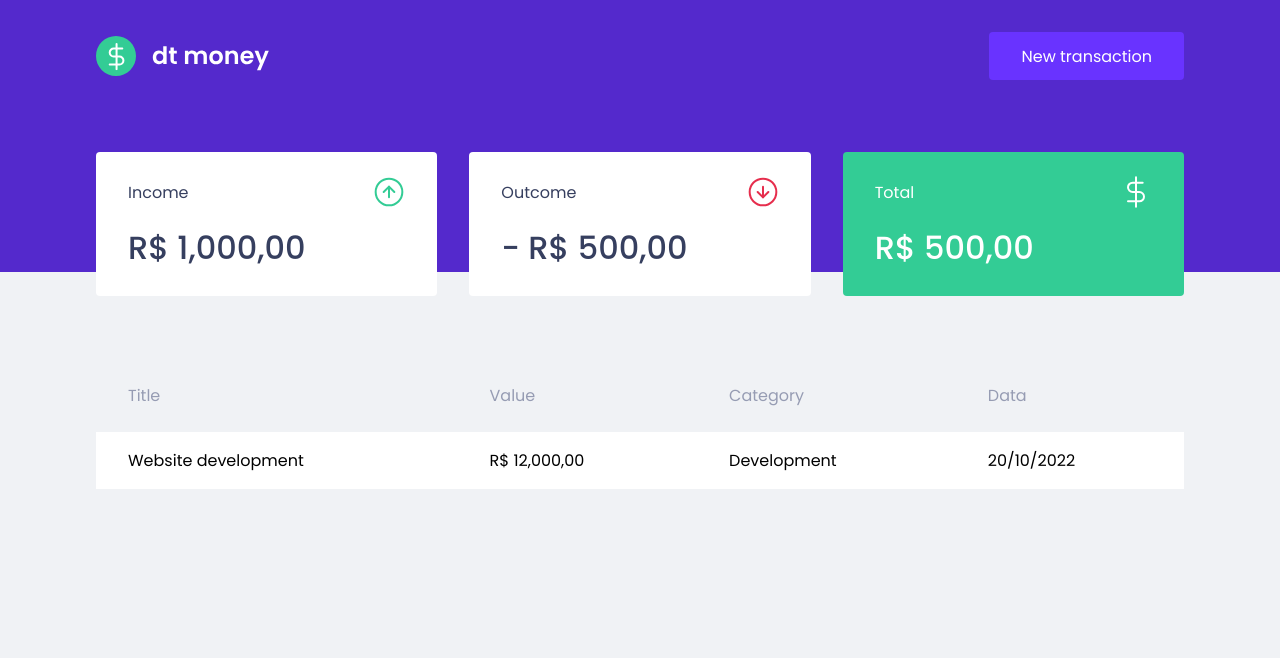
Repository: JoseGu1llardi/dtmoney
Page: /
These files come from the project's save history. The page is drawn as it stood at one moment and after the next save; the edit follows.
The browser window is 1280 px wide. The pictures show the whole page.
The project was rebuilt for these pictures with package versions that can differ from the ones it lists, and the page was loaded fresh each time.

Above is the page before, as saved 2022-12-30 15:47:08.

### public/index.html
<!DOCTYPE html>
<html lang="en">
  <head>
    <link rel="preconnect" href="https://fonts.googleapis.com" />
    <link rel="preconnect" href="https://fonts.gstatic.com" crossorigin />

    <meta charset="utf-8" />
    <meta name="viewport" content="width=device-width, initial-scale=1" />

    <link
      href="https://fonts.googleapis.com/css2?family=Poppins:wght@400;500;600&display=swap"
      rel="stylesheet"
    />

    <link rel="shortcut icon" href="favicon.png" type="image/png" />

    <title>Guillardi Money</title>
  </head>
  <body>
    <noscript>You need to enable JavaScript to run this app.</noscript>
    <div id="root"></div>
  </body>
</html>

### src/index.tsx
import { StrictMode } from 'react';
import { createRoot } from 'react-dom/client';
import { App } from './App';

const root = createRoot(
  document.getElementById('root') as HTMLElement
);
root.render(
  <StrictMode>
    <App />
  </StrictMode>
);

### src/App.tsx
import { Dashboard } from "./components/Dashboard";
import { Header } from "./components/Header";

import { GlobalStyle } from "./styles/global";

export function App() {
  return (
    <>
      <Header />
      <Dashboard />
      <GlobalStyle />
    </>
  );
}

### src/components/Dashboard/index.tsx
import { Summary } from "../Summary";
import { TransactionTable } from "../TransactionsTable";

import { Container } from "./styles";


export function Dashboard() {
    return (
        <Container>
            <Summary />
            <TransactionTable />
        </Container>
    )
}

### src/components/Header/index.tsx
import logoImg from '../../assets/logo.svg'
import { Container, Content } from './styles'

export function Header() {
    return (
        <Container>
            <Content>
                <img src={logoImg} alt="Logo Guillardi Money" />
                <button>
                    New transaction
                </button>
            </Content>
        </Container>
    )
}

### src/styles/global.ts
import { createGlobalStyle } from "styled-components";

export const GlobalStyle = createGlobalStyle`
    :root {
        --background: #F0F2F5;
        --red: #e52e4d;
        --blue: #5429cc;
        --green: #33cc95;

        --blue-light: #6933ff;

        --text-title: #363f5f;
        --text-body: #969cb3;

        --background: #f0f2f5;
        --shape: #ffffff;
    }

    * {
        margin: 0;
        padding: 0;
        box-sizing: border-box;
    }

    html {
        @media (max-width: 1080px) {
            font-size: 93.75%;

        @media (max-width: 720px) {
            font-size: 87.5%;
        }
    }

    }

    body {
        background: var(--background);
        -webkit-font-smoothing: antialiased;
    }

    body, input, textarea, button {
        font-family: 'Poppins', sans-serif;
        font-weight: 400;
    }

    h1, h2, h3, h4, h5, h6, strong {
        font-weight: 600;
    }

    button {
        cursor: pointer;
    }

    [disabled] {
        opacity: 0.6;
        cursor: not-allowed;
    }
`;

### src/components/Summary/index.tsx
import { Container } from './styles';

import incomeImg from '../../assets/income.svg';
import outcomeImg from '../../assets/outcome.svg';
import totalImg from '../../assets/total.svg';

export function Summary() {
    return (
        <Container>
            <div>
                <header>
                    <p>Income</p>
                    <img src={incomeImg} alt="Logo income" />
                </header>
                <strong>R$ 1,000,00</strong>
            </div>

            <div>
                <header>
                    <p>Outcome</p>
                    <img src={outcomeImg} alt="Logo outcome" />
                </header>
                <strong>- R$ 500,00</strong>
            </div>

            <div className="highlight-background">
                <header>
                    <p>Total</p>
                    <img src={totalImg} alt="Logo total" />
                </header>
                <strong>R$ 500,00</strong>
            </div>
        </Container>
    )
}

### src/components/TransactionsTable/index.tsx
import { Container } from './styles';

export function TransactionTable() {
    return (
        <Container>
            <table>
                <thead>
                    <tr>
                        <th>Title</th>
                        <th>Value</th>
                        <th>Category</th>
                        <th>Data</th>
                    </tr>
                </thead>

                <tbody>
                    <tr>
                        <td>Website development</td>
                        <td>R$ 12,000,00</td>
                        <td>Development</td>
                        <td>20/10/2022</td>
                    </tr>

                </tbody>
            </table>
        </Container>
    )
}

### src/components/Header/styles.ts
import styled from "styled-components";

export const Container = styled.header`
  background: var(--blue);
`;

export const Content = styled.div`
  max-width: 1120px;
  margin: 0 auto;

  padding: 2rem 1rem 12rem;
  display: flex;
  align-items: center;
  justify-content: space-between;

  button {
    font-size: 1rem;
    color: white;
    background: var(--blue-light);
    border: 0;
    padding: 0 2rem;
    border-radius: 0.25rem;
    height: 3rem;

    transition: filter 0.2s;

    &:hover {
      filter: brightness(0.9);
    }
  }
`;

### src/components/Summary/styles.ts
import styled from "styled-components";

export const Container = styled.div`
  display: grid;
  grid-template-columns: repeat(3, 1fr);
  gap: 2rem;
  margin-top: -10rem;

  div {
    background: var(--shape);
    padding: 1.5rem 2rem;
    border-radius: 0.25rem;
    color: var(--text-title);

    header {
      display: flex;
      align-items: center;
      justify-content: space-between;
    }

    strong {
      display: block;
      margin-top: 1rem;
      font-size: 2rem;
      font-weight: 500;
    }

    &.highlight-background {
      background: var(--green);
      color: white;
    }
  }
`;

### src/components/TransactionsTable/styles.ts
import styled from "styled-components";

export const Container = styled.div`
  margin-top: 4rem;

  table {
    width: 100%;
    border-spacing: 0 0.5rem;

    th {
      color: var(--text-body);
      font-weight: 400;
      padding: 1rem 2rem;
      text-align: left;
      line-height: 1.5rem;
    }

    td {
      padding: 1rem 2rem;
      border: 0;
      background: var(--shape);
    }
  }
`;

Loaded but not shown: src/components/Dashboard/styles.ts (common file)

After the next save:
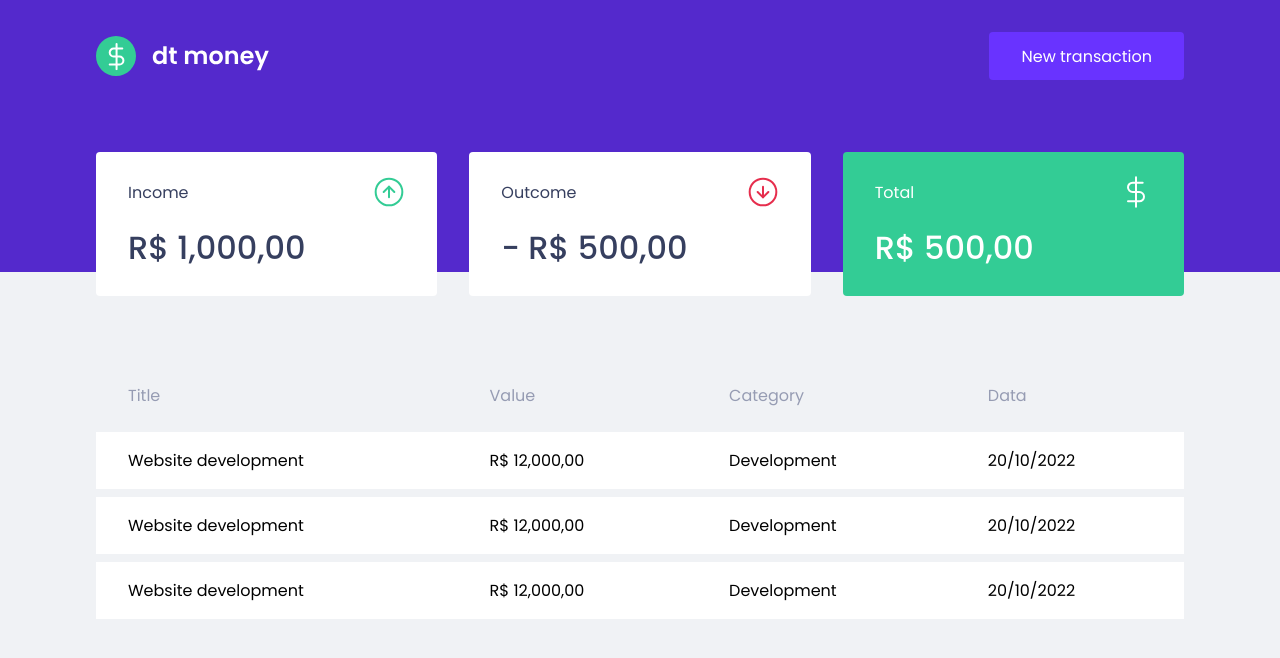
Saved 21 s later.
--- a/src/components/TransactionsTable/index.tsx
+++ b/src/components/TransactionsTable/index.tsx
@@ -21,6 +21,20 @@ export function TransactionTable() {
                         <td>20/10/2022</td>
                     </tr>
 
+                    <tr>
+                        <td>Website development</td>
+                        <td>R$ 12,000,00</td>
+                        <td>Development</td>
+                        <td>20/10/2022</td>
+                    </tr>
+
+                    <tr>
+                        <td>Website development</td>
+                        <td>R$ 12,000,00</td>
+                        <td>Development</td>
+                        <td>20/10/2022</td>
+                    </tr>
+
                 </tbody>
             </table>
         </Container>
